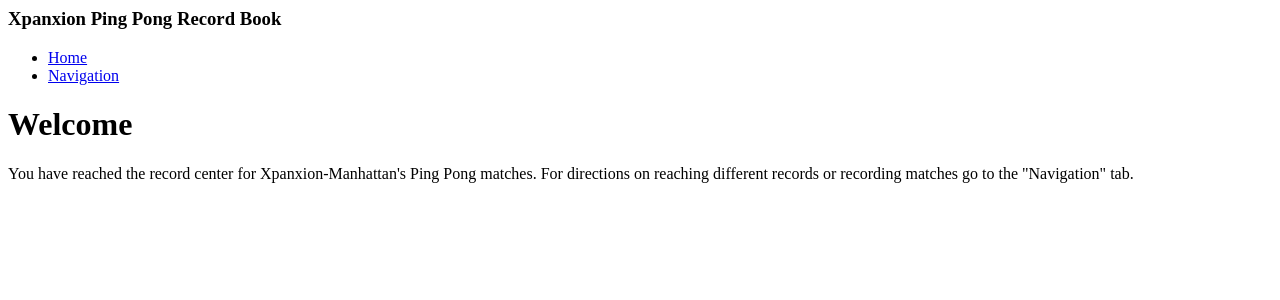
Repository: mattsanner/RESTpingpong
Page: http://localhost/pingpong/WEB-INF/views/home.jsp
The author's editor kept a copy of each file at every save. The page is drawn from the files as they stood at one save, then again after the next save.
The browser window is 1280 px wide. The pictures show the whole page.
The page is served by Tomcat 9. Nobody is signed in. The template is opened directly, without the code that normally fills it, so the values that code supplies are empty.

Above is the page before, as saved 2016-06-22 17:58:21.
Not found: pingpong/pingpong/WEB-INF/views/cover.css
Not found: pingpong/pingpong/assets/css/ie10-viewport-bug-workaround.css
Not found: pingpong/pingpong/dist/css/bootstrap.min.css

After the next save:
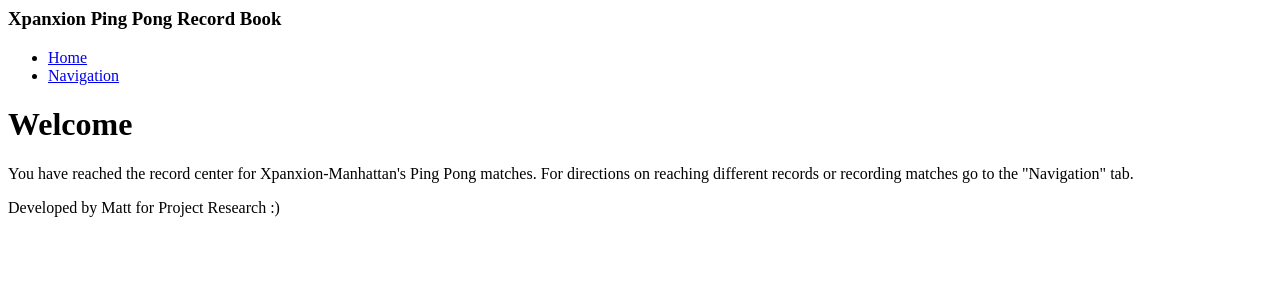
Saved 3 min 24 s later.
--- a/pingpong/src/main/webapp/WEB-INF/views/home.jsp
+++ b/pingpong/src/main/webapp/WEB-INF/views/home.jsp
@@ -44,6 +44,14 @@
 			For directions on reaching different records or recording matches go to the
 			"Navigation" tab.
 		</p>
+	  </div>
+
+	  <div class="mastfoot">
+	  	<div class="inner">
+	  		<p>Developed by Matt for Project Research :)</p>
+	  	</div>
+	  </div>
+
 
 
 
